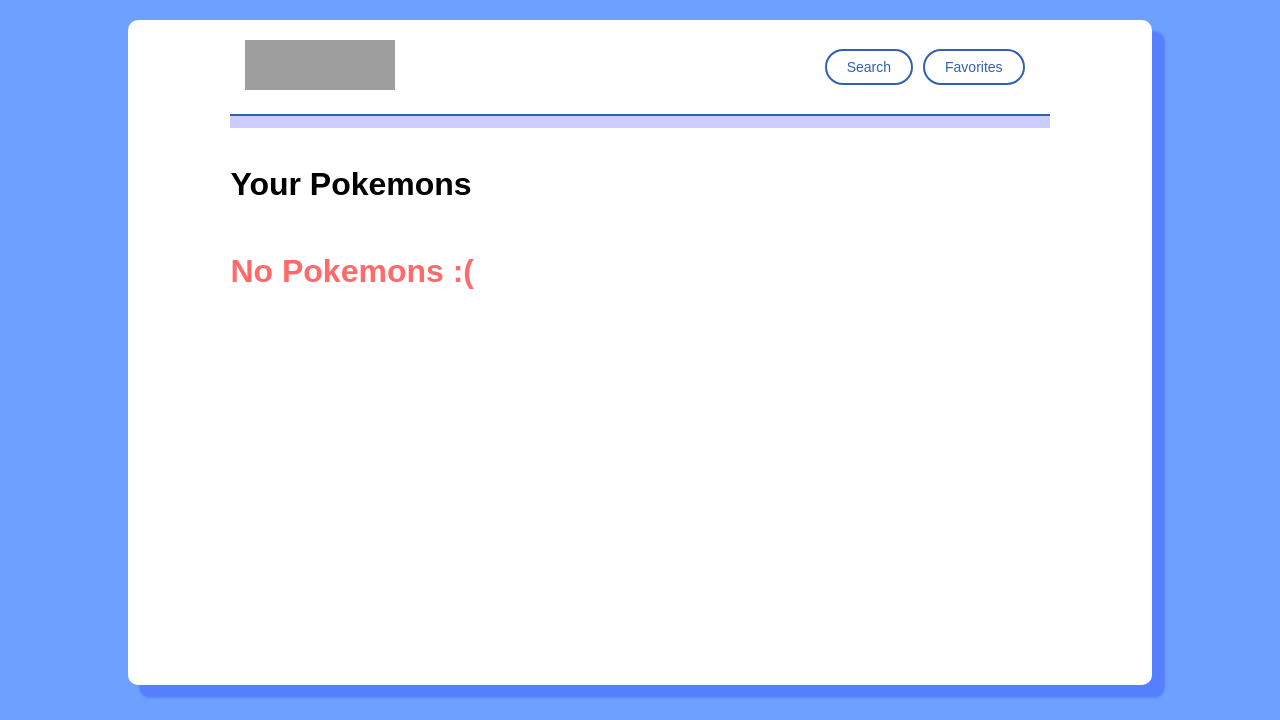
Repository: Rashiduulu/zeon-ithub-second-project
Page: FavoritePage/Favorite.html
An editor plug-in stored every save of this project. The page is shown before and after the next save, followed by the edit.
The browser window is 1280 px wide. The pictures show the whole page.
Pictures or frames that could not be fetched are drawn as grey boxes.

Above is the page before, as saved 2022-11-16 15:11:21.

After the next save:
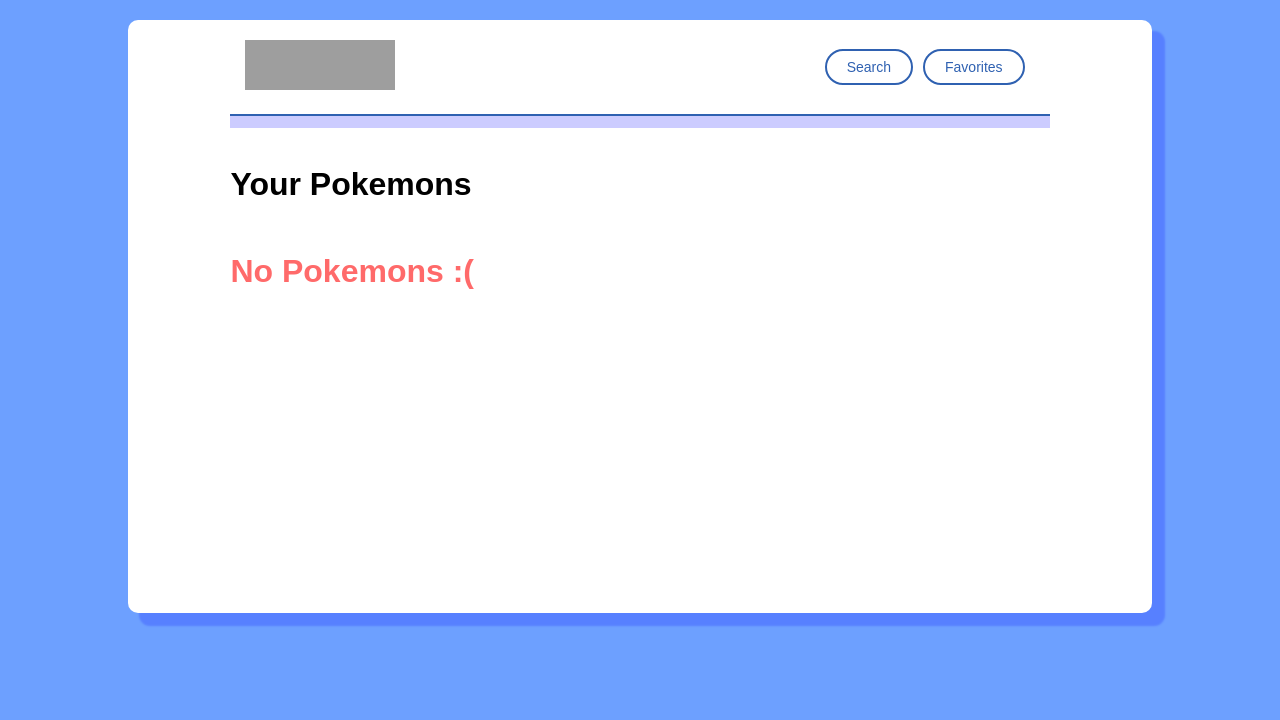
Saved 7 s later.
--- a/FavoritePage/style.css
+++ b/FavoritePage/style.css
@@ -173,6 +173,6 @@ a {
   display: flex;
   margin-top: 50px;
   color: rgb(255, 106, 106);
-  height: 60vh;
+  height: 50vh;
   width: 100%;
 }
